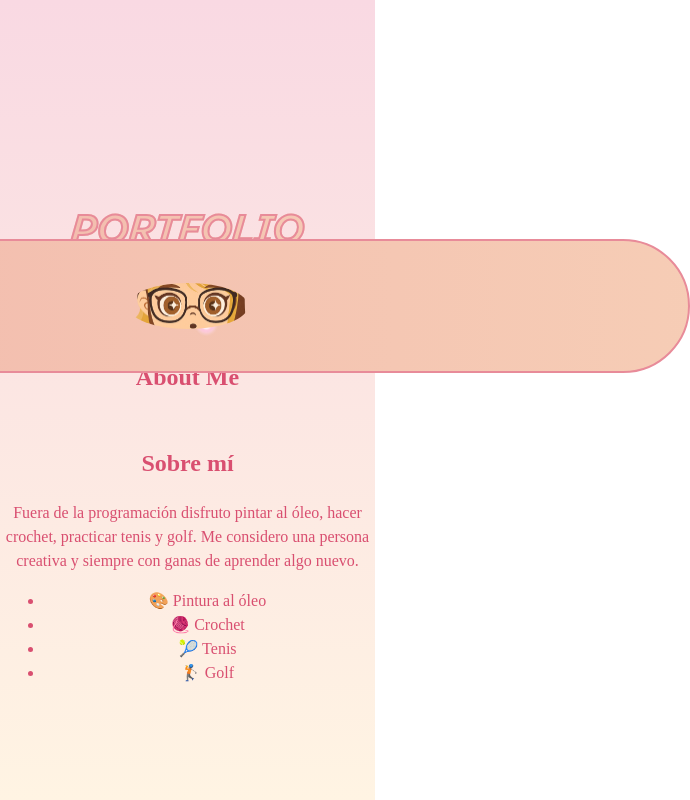
Repository: cflorido/Portafolio
Page: /
The author's editor kept a copy of each file at every save. The page is drawn from the files as they stood at one save, then again after the next save.
The browser window is 375 px wide. The page is 690 px wide, so the pictures cover 690 px, including what lies to the right of the window. The pictures show the whole page.
Some web fonts or font styles are not loaded; a fallback is used. The project was rebuilt for these pictures with package versions that can differ from the ones it lists, and the page was loaded fresh each time. Also part of the build but not shown: vite.config.ts.

Above is the page before, as saved 2025-09-03 22:44:51.

### index.html
<!doctype html>
<html lang="en">
  <head>
    <meta charset="UTF-8" />
    <link rel="icon" type="image/svg+xml" href="/vite.svg" />
    <meta name="viewport" content="width=device-width, initial-scale=1.0" />
    <title>Vite + React + TS</title>
    <link rel="preconnect" href="https://fonts.googleapis.com">
    <link rel="preconnect" href="https://fonts.gstatic.com" crossorigin>
    <link href="https://fonts.googleapis.com/css2?family=Cantora+One&display=swap" rel="stylesheet">
  </head>
  <body>
    <div id="root"></div>
    <script type="module" src="/src/main.tsx"></script>
  </body>
</html>

### src/main.tsx
import { StrictMode } from 'react'
import { createRoot } from 'react-dom/client'
import './index.css'
import App from './App.tsx'
import AboutMe from './components/aboutme.tsx'

createRoot(document.getElementById('root')!).render(
  <StrictMode>
    <App />
  </StrictMode>,
)

### src/App.tsx
import { useState, useEffect } from 'react';
import AboutMe from './components/aboutme';
import './App.css';

function App() {
  const [showHeader, setShowHeader] = useState(false);

  useEffect(() => {
    const handleScroll = () => {
      setShowHeader(window.scrollY > 100);
    };
    window.addEventListener('scroll', handleScroll);
    return () => window.removeEventListener('scroll', handleScroll);
  }, []);

  return (
    <div className="portfolio-container">
      <header className={`dynamic-header${showHeader ? ' visible' : ''}`}>
        <nav>
          <span style={{ fontWeight: 'bold', color: '#e88b99', fontSize: '1.3rem' }}>Carol Sofia Florido</span>
          <span style={{ margin: '0 16px', color: '#e88b99' }}>|</span>
          <span style={{ color: '#333', fontSize: '1.1rem' }}>Software Developer</span>
        </nav>
      </header>
      <div className="portfolio-header">
        <h1>PORTFOLIO</h1>
        <div className="subtitle">
          <span className="name">Carol Sofia Florido </span>
          <span className="separator"></span>
          <span className="role">Software Developer</span>
        </div>
      </div>
      <main>
        <div className="avatar-stage">
          <div className="avatar-pill"></div>
          <div className="avatar-stars"></div>
          <img className="avatar" src="public/ilustracion.png" alt="Avatar" />
        </div>
           <section className="about-section">
          <h2>About Me</h2>
          <AboutMe />
        </section>
      </main>
      <footer></footer>
    </div>
  );
}

export default App;

### src/components/AboutMe.tsx
import React from "react";
import "./AboutMe.css";

function AboutMe() {
  return (
    <div className="aboutme-container">
      <h2 className="aboutme-title">Sobre mí</h2>
      <p className="aboutme-text">
        Fuera de la programación disfruto pintar al óleo, hacer crochet,
        practicar tenis y golf. Me considero una persona creativa y siempre con
        ganas de aprender algo nuevo.
      </p>
      <ul className="aboutme-hobbies">
        <li>🎨 Pintura al óleo</li>
        <li>🧶 Crochet</li>
        <li>🎾 Tenis</li>
        <li>🏌️ Golf</li>
      </ul>
    </div>
  );
}

export default AboutMe;

### src/App.css
@font-face {
  font-family: 'Toboggan';
  src: url('/Toboggan OTF/Toboggan-MediumItalic.otf') format('opentype');
  font-weight: 300;
  font-style: normal;
}

:root {
    --sync-gradient: linear-gradient(270deg,  #f8d5b9, #e88b99);
}

body {

    margin: 0;
    font-family: 'Playfair Display', serif;
    background: linear-gradient(to bottom, #f9d9e3, #fff4e3);
    color: #d94f70;
    display: flex;
    justify-content: center;
    align-items: center;
    height: 100vh;
    user-select: none;
}

.portfolio-container {
    text-align: center;
}

h1 {
  margin-top: 160px; /* Margen superior para separar del borde */
  user-select: none;
  font-family: 'Toboggan', sans-serif;
  font-size: 10rem;
  font-weight: bold;
  margin-bottom: 0;
  background: var(--sync-gradient);
  background-size: 400% 400%;
  -webkit-background-clip: text;
  background-clip: text;
  animation: gradientMove 20s ease infinite;
  -webkit-text-stroke: 2px #e88b99;
  color: transparent;
}

header h2 {
    font-family: 'Toboggan';
  font-size: 1.5rem;
  font-weight: 300;
  text-align: left;
  color: #000;
  user-select: none;
  margin: 0;   /* 🔹 Elimina todos los márgenes */
}

header p {
    font-family: 'Playfair Display', serif;
    font-size: 140px;
    font-style: italic;
}

footer {
    margin-top: 30px;
    font-size: 0.9rem;
}

main {
    display: flex;
    flex-direction: column; /* ✅ apila los hijos */
    align-items: center;
}


.avatar-stage {
    position: relative;
    display: flex;
    justify-content: center;
    align-items: center;
    width: 90vw;
    max-width: 900px;
    margin-left: auto;
    margin-right: auto;
    border-radius: 20px;    /* Opcional: bordes redondeados */
}
/* 🔹 Estrellitas dentro del avatar-stage */
.avatar-stage::before {
  content: "";
  position: absolute;
  top: 0;
  left: 0;
  width: 100%;
  height: 100%;

  background-image:
    polygon-star(3, 6px, white),
    polygon-star(3, 8px, white),
    polygon-star(3, 5px, rgba(255,255,255,0.8));

  pointer-events: none;
}

.avatar-pill {

    position: absolute;
    z-index: 1;
    width: min(320vw, 1000px);
    height: 130px;

    /* 🔹 Usando la misma variable CSS */
    background: var(--sync-gradient);
    background-size: 400% 400%;
    border-radius: 70px;
    border: 2px solid #e88b99; /* Borde negro de 2px */
    overflow: hidden;
    animation: gradientMove 20s ease infinite;
}

/* Bolitas animadas */
.avatar-pill::before,
.avatar-pill::after {
    content: "";
    position: absolute;
    width: 200%;
    height: 200%;
    top: -50%;
    left: -50%;
    background-image: radial-gradient(circle 6px, rgba(255,255,255,0.8) 70%, transparent 100%),
                      radial-gradient(circle 10px, rgba(255,200,230,0.6) 70%, transparent 100%),
                      radial-gradient(circle 8px, rgba(255,180,210,0.5) 70%, transparent 100%),
                      radial-gradient(circle 12px, rgba(255,220,240,0.4) 70%, transparent 100%);
    background-repeat: repeat;
    animation: floatBalls 60s linear infinite;
}

.avatar-pill::after {
    animation-duration: 90s;
    opacity: 0.7;
}

/* 🔹 Animación sincronizada para ambos elementos */
@keyframes gradientMove {
    0% { background-position: 0% 50%; }
    50% { background-position: 100% 50%; }
    100% { background-position: 0% 50%; }
}

@keyframes floatBalls {
    from { transform: translate(0, 0); }
    to   { transform: translate(200px, 200px); }
}

.avatar {
    position: relative;
    z-index: 2;
    width: 330px;
    border-radius: 80%;
    display: block;
    margin: auto;
}

/* 🔹 Clase auxiliar por si quieres aplicar el gradiente a otros elementos */
.sync-gradient {
    background: var(--sync-gradient);
    background-size: 400% 400%;
    animation: gradientMove 40s ease infinite;
}


.subtitle {
  font-family: 'Toboggan';
  display: flex;
  gap: 10px;
  font-size: 1.2rem;
  color: #e88b99;
  justify-content: flex-start; /* Alinea el contenido a la izquierda */
  width: 100%;                /* Ocupa todo el ancho disponible */
  text-align: left;           /* Alinea el texto a la izquierda */
  margin-left: 60px;         /* Margen derecho para separar del borde */
}

.subtitle .name {
  font-weight: bold;
}

.subtitle .role {
  border: 2px solid #e88b99;
  border-radius: 15px;
  padding: 2px 10px;
  font-size: 0.9rem;
}
/* Contenedor de estrellitas */
.stars {
  position: absolute;
  top: 0;
  left: 0;
  width: 100%;
  height: 100%;
  pointer-events: none; /* Que no interfieran */
  overflow: hidden;
  z-index: 0;
}

/* Cada estrella */
.star {
  position: absolute;
  width: 0;
  height: 0;
  border-left: 6px solid transparent;
  border-right: 6px solid transparent;
  border-bottom: 12px solid white;
  transform: rotate(0deg);
  opacity: 0.9;
  animation: twinkle 4s infinite ease-in-out;
}

/* Animación de brillo */
@keyframes twinkle {
  0%, 100% { opacity: 0.9; transform: scale(1) rotate(0deg); }
  50% { opacity: 0.3; transform: scale(1.3) rotate(10deg); }
}
.separator {
  display: inline-block;
  width: 2px;
  height: 28px;  /* Más largo verticalmente */
  background-color: #e88b99;
  margin: 0 10px;
}

.dynamic-header {
  position: fixed;
  top: 0;
  left: 0;
  width: 100%;
  background: rgba(255, 255, 255, 0.9);
  backdrop-filter: blur(8px);
  transform: translateY(-100%);
  transition: transform 0.3s ease;
  z-index: 1000;
  padding: 1rem 0;
}

.dynamic-header.visible {
  transform: translateY(0);
}

/* --- RESPONSIVE DESIGN --- */
@media (max-width: 900px) {
  h1 {
    font-size: 5rem;
  }
  .avatar {
    width: 180px;
  }
  .avatar-stage {
    max-width: 98vw;
    width: 98vw;
  }
  .about-section, .about-content {
    flex-direction: column;
    padding: 20px 10px;
    gap: 16px;
    max-width: 98vw;
  }
  .about-photo {
    width: 120px;
    height: 120px;
  }
  .subtitle {
    font-size: 1rem;
    margin-left: 10px;
    margin-right: 10px;
  }
}

@media (max-width: 600px) {
  h1 {
    font-size: 2.5rem;
  }
  .avatar {
    width: 120px;
  }
  .avatar-stage {
    max-width: 100vw;
    width: 100vw;
    border-radius: 10px;
  }
  .about-section, .about-content {
    flex-direction: column;
    padding: 10px 2px;
    gap: 8px;
    max-width: 100vw;
    border-radius: 10px;
  }
  .about-photo {
    width: 80px;
    height: 80px;
  }
  .about-text h2 {
    font-size: 1.3rem;
  }
  .about-text p {
    font-size: 0.95rem;
  }
  .subtitle {
    font-size: 0.9rem;
    margin-left: 4px;
    margin-right: 4px;
  }
}

### src/components/AboutMe.css
.aboutme-container, .aboutme-section {
  width: 100%;
  max-width: 700px;
  margin: 0 auto;
  box-sizing: border-box;
  overflow-x: hidden;

}

/* Responsive */
@media (max-width: 900px) {
  .aboutme-container, .aboutme-section {
    max-width: 98vw;
    padding: 20px 10px;
  }
}

@media (max-width: 600px) {
  .aboutme-container, .aboutme-section {
    max-width: 100vw;
    padding: 10px 2px;
  }
}

img {
  max-width: 100%;
  height: auto;
  display: block;
}

body {
  overflow-x: hidden;
}

Loaded but not shown: src/index.css (common file)

After the next save:
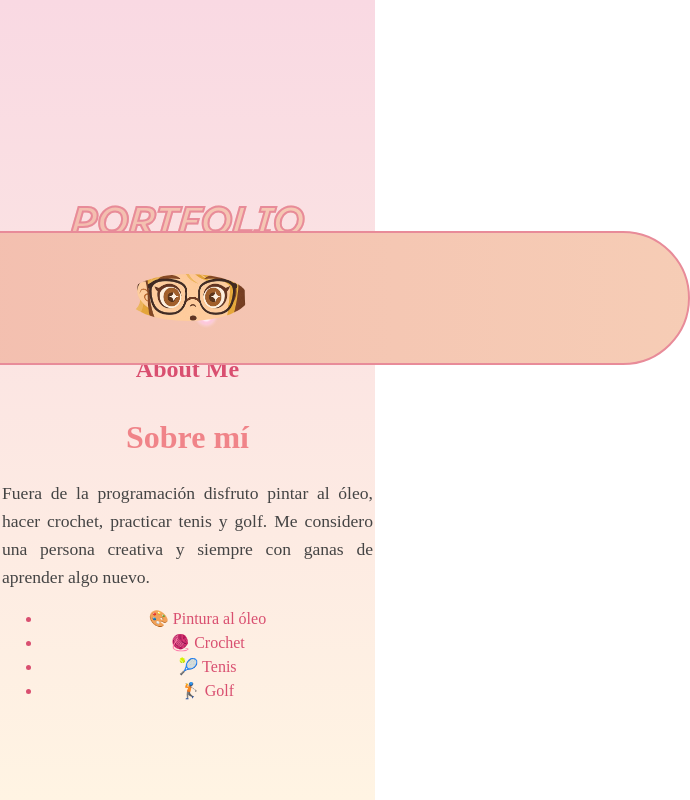
Saved 45 s later.
--- a/src/components/AboutMe.css
+++ b/src/components/AboutMe.css
@@ -1,33 +1,25 @@
-.aboutme-container, .aboutme-section {
-  width: 100%;
-  max-width: 700px;
-  margin: 0 auto;
-  box-sizing: border-box;
-  overflow-x: hidden;
-
+.aboutme-section {
+  padding: 2rem;
+  background-color: #fef7fa;
+  border-radius: 1rem;
+  margin-top: 2rem;
+  box-shadow: 0 4px 8px rgba(0, 0, 0, 0.1);
 }
 
-/* Responsive */
-@media (max-width: 900px) {
-  .aboutme-container, .aboutme-section {
-    max-width: 98vw;
-    padding: 20px 10px;
-  }
+.aboutme-title {
+  font-family: "Times New Roman", serif;
+  font-size: 2rem;
+  font-weight: bold;
+  margin-bottom: 1rem;
+  color: #f08489;
+  text-align: center;
 }
 
-@media (max-width: 600px) {
-  .aboutme-container, .aboutme-section {
-    max-width: 100vw;
-    padding: 10px 2px;
-  }
+.aboutme-text {
+  font-family: "Times New Roman", serif;
+  font-size: 1.1rem;
+  line-height: 1.6;
+  color: #444;
+  text-align: justify;
+  margin-bottom: 1rem;
 }
-
-img {
-  max-width: 100%;
-  height: auto;
-  display: block;
-}
-
-body {
-  overflow-x: hidden;
-}
